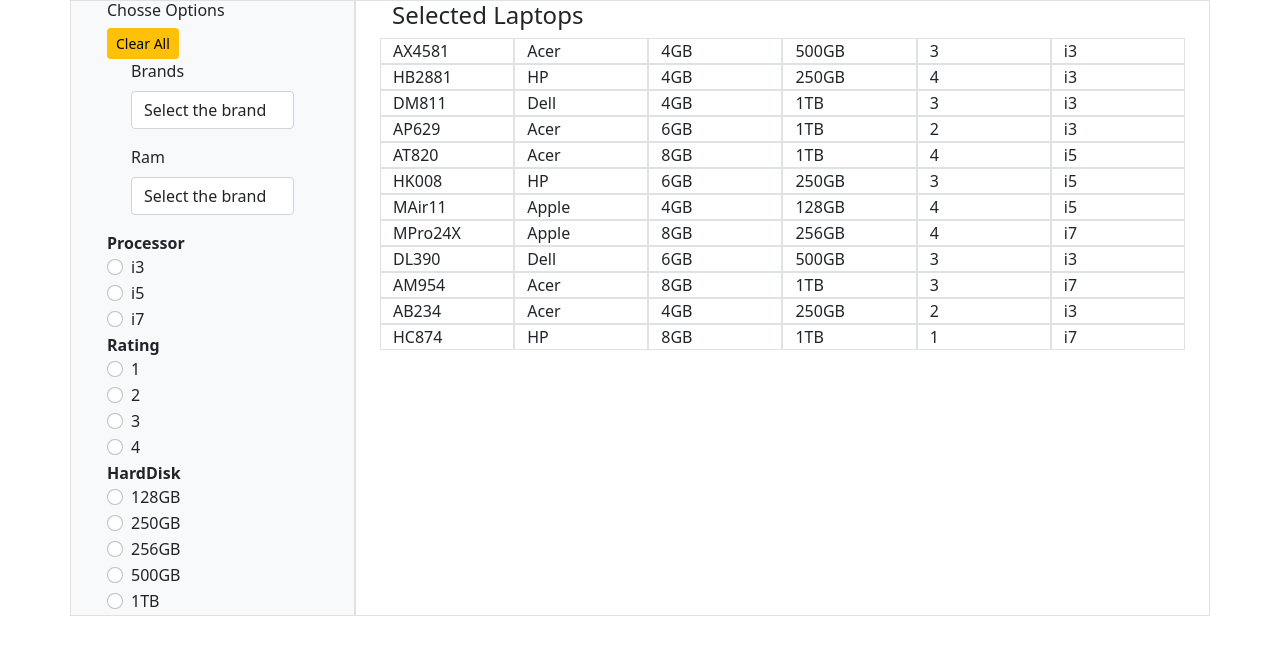
Repository: Sanjayjangra88/combo_app
Page: /
These files come from the project's save history. The page is drawn as it stood at one moment and after the next save; the edit follows.
The browser window is 1280 px wide. The pictures show the whole page.
Some web libraries are served in a nearby version. The project was rebuilt for these pictures with package versions that can differ from the ones it lists, and the page was loaded fresh each time. Also part of the build but not shown: src/App.js.

Above is the page before, as saved 2022-06-03 16:24:41.

After the next save:
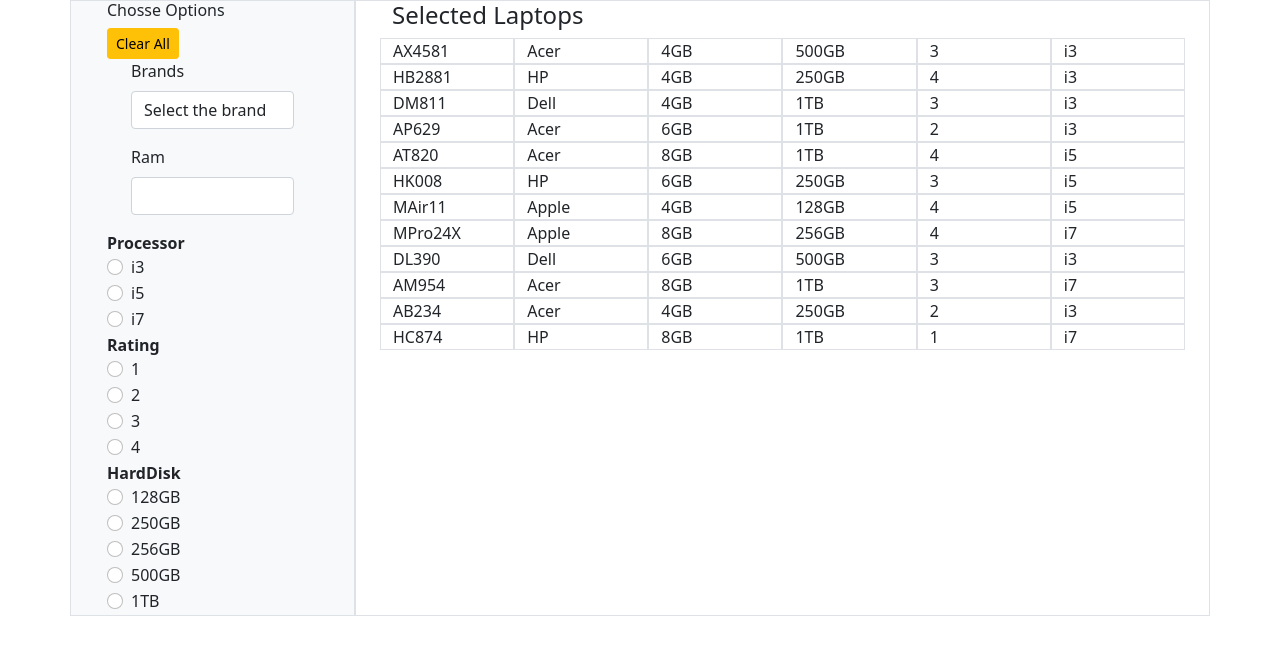
Saved 44 s later.
--- a/src/Components/leftPanel.jsx
+++ b/src/Components/leftPanel.jsx
@@ -96,7 +96,7 @@ export class leftPanel extends Component {
          <div className="form-group">
          <label>{label}</label>
          <select className="form-control"name={name}value={ram}onChange={this.handelChange}>
-        <option disabled value="">Select the brand</option>
+        <option disabled value="">{ram}</option>
         {arr.map((ele)=><option>{ele}</option>)}
           </select>
           </div>
